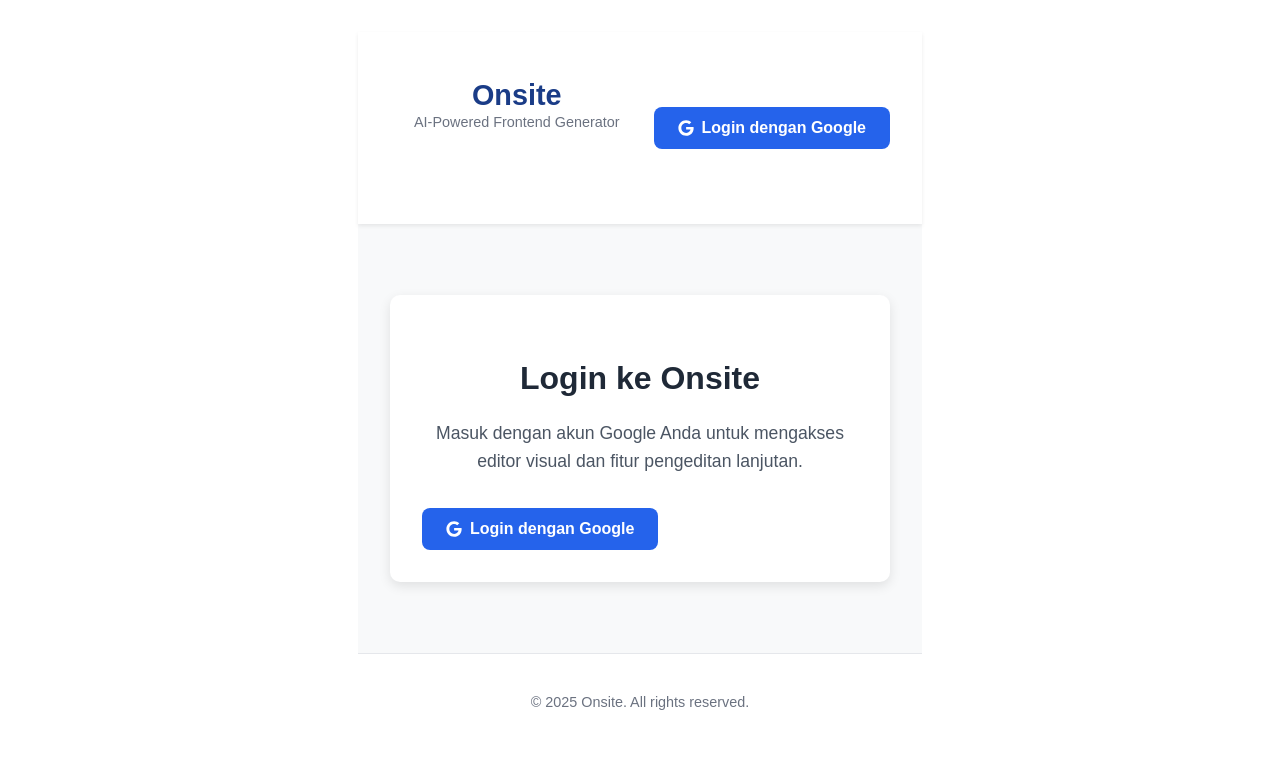
Repository: arifsoul/onsite
Page: /login (app in onsite/)
The author's editor kept a copy of each file at every save. The page is drawn from the files as they stood at one save, then again after the next save.
The browser window is 1280 px wide. The pictures show the whole page.
An inner scrolling area shows only its first screen. The project was rebuilt for these pictures with package versions that can differ from the ones it lists, and the page was loaded fresh each time. Also part of the build but not shown: onsite/vite.config.js, onsite/src/services/deepseekApi.js, onsite/src/components/Generator/AIGenerator.css, onsite/src/components/Generator/AIGenerator.jsx, onsite/src/components/Preview/LivePreview.css, onsite/src/components/Preview/LivePreview.jsx, onsite/src/pages/Home.jsx, onsite/src/components/Editor/CSSPanel.jsx and 4 more.

Above is the page before, as saved 2025-04-14 17:02:22.

### onsite/src/index.css
:root {
  font-family: system-ui, Avenir, Helvetica, Arial, sans-serif;
  line-height: 1.5;
  font-weight: 400;

  color-scheme: light dark;
  color: rgba(255, 255, 255, 0.87);
  background-color: #242424;

  font-synthesis: none;
  text-rendering: optimizeLegibility;
  -webkit-font-smoothing: antialiased;
  -moz-osx-font-smoothing: grayscale;
}

a {
  font-weight: 500;
  color: #646cff;
  text-decoration: inherit;
}
a:hover {
  color: #535bf2;
}

body {
  margin: 0;
  display: flex;
  place-items: center;
  min-width: 320px;
  min-height: 100vh;
  font-family: Arial, sans-serif;
}

h1 {
  font-size: 3.2em;
  line-height: 1.1;
}

button {
  border-radius: 8px;
  border: 1px solid transparent;
  padding: 0.6em 1.2em;
  font-size: 1em;
  font-weight: 500;
  font-family: inherit;
  background-color: #1a1a1a;
  cursor: pointer;
  transition: border-color 0.25s;
}
button:hover {
  border-color: #646cff;
}
button:focus,
button:focus-visible {
  outline: 4px auto -webkit-focus-ring-color;
}

@media (prefers-color-scheme: light) {
  :root {
    color: #213547;
    background-color: #ffffff;
  }
  a:hover {
    color: #747bff;
  }
  button {
    background-color: #f9f9f9;
  }
}

### onsite/src/App.jsx
import { BrowserRouter as Router, Routes, Route } from 'react-router-dom';
import { Auth0Provider } from '@auth0/auth0-react';
import { CodeProvider } from './context/CodeContext';
import Home from './pages/Home';
import Editor from './pages/Editor';
import Login from './pages/Login';
import './App.css';

function App() {
  return (
    <Auth0Provider
      domain={import.meta.env.VITE_AUTH0_DOMAIN}
      clientId={import.meta.env.VITE_AUTH0_CLIENT_ID}
      redirectUri={window.location.origin}
    >
      <CodeProvider>
        <Router>
          <Routes>
            <Route path="/" element={<Home />} />
            <Route path="/login" element={<Login />} />
            <Route path="/editor" element={<Editor />} />
          </Routes>
        </Router>
      </CodeProvider>
    </Auth0Provider>
  );
}

export default App;

### onsite/src/context/CodeContext.jsx
import { createContext, useState, useContext } from 'react';

const CodeContext = createContext();

export const CodeProvider = ({ children }) => {
  const [generatedCode, setGeneratedCode] = useState({
    html: '',
    css: '',
    js: '',
  });
  const [components, setComponents] = useState([]);

  const updateComponent = (id, updates) => {
    setComponents((prev) =>
      prev.map((comp) =>
        comp.id === id ? { ...comp, ...updates } : comp
      )
    );
  };

  return (
    <CodeContext.Provider
      value={{ generatedCode, setGeneratedCode, components, setComponents, updateComponent }}
    >
      {children}
    </CodeContext.Provider>
  );
};

export const useCode = () => useContext(CodeContext);

### onsite/src/pages/Login.jsx
import GoogleLogin from '../components/Auth/GoogleLogin';
import './Login.css';

const Login = () => {
  return (
    <div className="login-container">
      <header className="login-header">
        <div className="logo">
          <h1>Onsite</h1>
          <span>AI-Powered Frontend Generator</span>
        </div>
        <GoogleLogin />
      </header>
      <main className="login-main">
        <section className="login-section">
          <div className="card login-card">
            <h2>Login ke Onsite</h2>
            <p>
              Masuk dengan akun Google Anda untuk mengakses editor visual dan fitur pengeditan lanjutan.
            </p>
            <GoogleLogin />
          </div>
        </section>
      </main>
      <footer className="login-footer">
        <p>© 2025 Onsite. All rights reserved.</p>
      </footer>
    </div>
  );
};

export default Login;

### onsite/src/components/Auth/GoogleLogin.jsx
import { useAuth0 } from '@auth0/auth0-react';
import { FaGoogle } from 'react-icons/fa';
import './GoogleLogin.css';

const GoogleLogin = () => {
  const { loginWithRedirect, isAuthenticated, user, logout } = useAuth0();

  return (
    <div>
      {isAuthenticated ? (
        <div className="user-info">
          <img src={user?.picture} alt={user?.name} />
          <span>{user?.name}</span>
          <button
            className="logout-btn"
            onClick={() => logout({ returnTo: window.location.origin })}
          >
            Logout
          </button>
        </div>
      ) : (
        <button
          className="google-login-btn"
          onClick={() => loginWithRedirect({ connection: 'google-oauth2' })}
        >
          <FaGoogle /> Login dengan Google
        </button>
      )}
    </div>
  );
};

export default GoogleLogin;

### onsite/src/pages/Home.css
/* src/pages/Home.css */
.home-container {
    display: flex;
    flex-direction: column;
    min-height: 100vh;
    background-color: #f8f9fa;
  }

  /* Header */
  .home-header {
    display: flex;
    justify-content: space-between;
    align-items: center;
    padding: 1.5rem 2rem;
    background-color: #ffffff;
    box-shadow: 0 2px 4px rgba(0, 0, 0, 0.08);
    position: sticky;
    top: 0;
    z-index: 100;
  }

  .logo h1 {
    font-size: 1.8rem;
    color: #1a3c87;
    margin: 0;
  }

  .logo span {
    font-size: 0.9rem;
    color: #6b7280;
    display: block;
  }

  /* Main Content */
  .home-main {
    flex: 1;
    padding: 2rem;
    max-width: 1400px;
    margin: 0 auto;
    width: 100%;
  }

  /* Hero Section */
  .hero-section {
    text-align: center;
    margin-bottom: 4rem;
  }

  .hero-section h2 {
    font-size: 2.5rem;
    color: #1f2937;
    margin-bottom: 1rem;
  }

  .hero-section p {
    font-size: 1.2rem;
    color: #4b5563;
    max-width: 700px;
    margin: 0 auto 1.5rem;
  }

  .hero-cta {
    display: inline-block;
    padding: 0.75rem 2rem;
    background-color: #2563eb;
    color: #ffffff;
    text-decoration: none;
    border-radius: 6px;
    font-size: 1.1rem;
    font-weight: 600;
    transition: background-color 0.2s;
  }

  .hero-cta:hover {
    background-color: #1d4ed8;
  }

  /* Features Section */
  .features-section {
    display: grid;
    grid-template-columns: repeat(auto-fit, minmax(300px, 1fr));
    gap: 2rem;
    margin-bottom: 3rem;
  }

  .card {
    background-color: #ffffff;
    border-radius: 10px;
    box-shadow: 0 4px 12px rgba(0, 0, 0, 0.1);
    padding: 2rem;
    transition: transform 0.3s ease, box-shadow 0.3s ease;
  }

  .card:hover {
    transform: translateY(-8px);
    box-shadow: 0 6px 16px rgba(0, 0, 0, 0.15);
  }

  .card h3 {
    font-size: 1.5rem;
    color: #1f2937;
    margin-bottom: 1rem;
  }

  .card p {
    font-size: 1rem;
    color: #4b5563;
    line-height: 1.6;
  }

  .description-card {
    display: flex;
    flex-direction: column;
    justify-content: center;
  }

  /* Footer */
  .home-footer {
    text-align: center;
    padding: 1.5rem;
    background-color: #ffffff;
    border-top: 1px solid #e5e7eb;
    color: #6b7280;
    font-size: 0.9rem;
  }

  /* Responsive Design */
  @media (max-width: 1024px) {
    .features-section {
      grid-template-columns: 1fr;
    }
  }

  @media (max-width: 768px) {
    .home-header {
      flex-direction: column;
      gap: 1rem;
      text-align: center;
    }

    .hero-section h2 {
      font-size: 2rem;
    }

    .hero-section p {
      font-size: 1rem;
    }

    .hero-cta {
      padding: 0.6rem 1.5rem;
      font-size: 1rem;
    }

    .card {
      padding: 1.5rem;
    }
  }

### onsite/src/pages/Editor.css
/* src/pages/Editor.css */
.editor-container {
    display: flex;
    flex-direction: column;
    min-height: 100vh;
    background-color: #f8f9fa;
  }

  /* Header */
  .editor-header {
    display: flex;
    justify-content: space-between;
    align-items: center;
    padding: 1.5rem 2rem;
    background-color: #ffffff;
    box-shadow: 0 2px 4px rgba(0, 0, 0, 0.08);
    position: sticky;
    top: 0;
    z-index: 100;
  }

  .logo h1 {
    font-size: 1.8rem;
    color: #1a3c87;
    margin: 0;
  }

  .logo span {
    font-size: 0.9rem;
    color: #6b7280;
    display: block;
  }

  /* Main Content */
  .editor-main {
    flex: 1;
    padding: 2rem;
    max-width: 1400px;
    margin: 0 auto;
    width: 100%;
  }

  /* Login Prompt */
  .login-prompt {
    text-align: center;
    max-width: 600px;
    margin: 0 auto;
  }

  .login-prompt h2 {
    font-size: 2rem;
    color: #1f2937;
    margin-bottom: 1rem;
  }

  .login-prompt p {
    font-size: 1.1rem;
    color: #4b5563;
    margin-bottom: 2rem;
  }

  /* Editor Section */
  .editor-section {
    display: grid;
    grid-template-columns: 1fr 1fr;
    gap: 2rem;
  }

  .card {
    background-color: #ffffff;
    border-radius: 10px;
    box-shadow: 0 4px 12px rgba(0, 0, 0, 0.1);
    padding: 2rem;
    transition: transform 0.3s ease, box-shadow 0.3s ease;
  }

  .card:hover {
    transform: translateY(-8px);
    box-shadow: 0 6px 16px rgba(0, 0, 0, 0.15);
  }

  .card h3 {
    font-size: 1.5rem;
    color: #1f2937;
    margin-bottom: 1rem;
  }

  /* Footer */
  .editor-footer {
    text-align: center;
    padding: 1.5rem;
    background-color: #ffffff;
    border-top: 1px solid #e5e7eb;
    color: #6b7280;
    font-size: 0.9rem;
  }

  /* Responsive Design */
  @media (max-width: 1024px) {
    .editor-section {
      grid-template-columns: 1fr;
    }
  }

  @media (max-width: 768px) {
    .editor-header {
      flex-direction: column;
      gap: 1rem;
      text-align: center;
    }

    .login-prompt h2 {
      font-size: 1.8rem;
    }

    .login-prompt p {
      font-size: 1rem;
    }

    .card {
      padding: 1.5rem;
    }
  }

### onsite/src/pages/Login.css
/* src/pages/Login.css */
.login-container {
    display: flex;
    flex-direction: column;
    min-height: 100vh;
    background-color: #f8f9fa;
  }

  /* Header */
  .login-header {
    display: flex;
    justify-content: space-between;
    align-items: center;
    padding: 1.5rem 2rem;
    background-color: #ffffff;
    box-shadow: 0 2px 4px rgba(0, 0, 0, 0.08);
    position: sticky;
    top: 0;
    z-index: 100;
  }

  .logo h1 {
    font-size: 1.8rem;
    color: #1a3c87;
    margin: 0;
  }

  .logo span {
    font-size: 0.9rem;
    color: #6b7280;
    display: block;
  }

  /* Main Content */
  .login-main {
    flex: 1;
    display: flex;
    align-items: center;
    justify-content: center;
    padding: 2rem;
  }

  /* Login Section */
  .login-section {
    max-width: 500px;
    width: 100%;
  }

  .login-card {
    background-color: #ffffff;
    border-radius: 10px;
    box-shadow: 0 4px 12px rgba(0, 0, 0, 0.1);
    padding: 2.5rem;
    text-align: center;
  }

  .login-card h2 {
    font-size: 2rem;
    color: #1f2937;
    margin-bottom: 1rem;
  }

  .login-card p {
    font-size: 1.1rem;
    color: #4b5563;
    margin-bottom: 2rem;
  }

  /* Footer */
  .login-footer {
    text-align: center;
    padding: 1.5rem;
    background-color: #ffffff;
    border-top: 1px solid #e5e7eb;
    color: #6b7280;
    font-size: 0.9rem;
  }

  /* Responsive Design */
  @media (max-width: 768px) {
    .login-header {
      flex-direction: column;
      gap: 1rem;
      text-align: center;
    }

    .login-card {
      padding: 2rem;
    }

    .login-card h2 {
      font-size: 1.8rem;
    }

    .login-card p {
      font-size: 1rem;
    }
  }

### onsite/src/components/Auth/GoogleLogin.css
/* src/components/Auth/GoogleLogin.css */
.google-login-btn {
  display: flex;
  align-items: center;
  gap: 0.5rem;
  padding: 0.75rem 1.5rem;
  background-color: #2563eb;
  color: #ffffff;
  border: none;
  border-radius: 8px;
  font-size: 1rem;
  font-weight: 600;
  cursor: pointer;
  transition: background-color 0.2s;
}

.google-login-btn:hover {
  background-color: #1d4ed8;
}

.user-info {
  display: flex;
  align-items: center;
  gap: 0.75rem;
}

.user-info img {
  border-radius: 50%;
  width: 36px;
  height: 36px;
}

.user-info span {
  font-size: 1rem;
  color: #1f2937;
}

.logout-btn {
  padding: 0.5rem 1rem;
  background-color: #dc2626;
  color: #ffffff;
  border: none;
  border-radius: 8px;
  font-size: 0.9rem;
  font-weight: 600;
  cursor: pointer;
  transition: background-color 0.2s;
}

.logout-btn:hover {
  background-color: #b91c1c;
}

Loaded but not shown: onsite/index.html (common file); onsite/src/main.jsx (common file); onsite/src/App.css (common file)

After the next save:
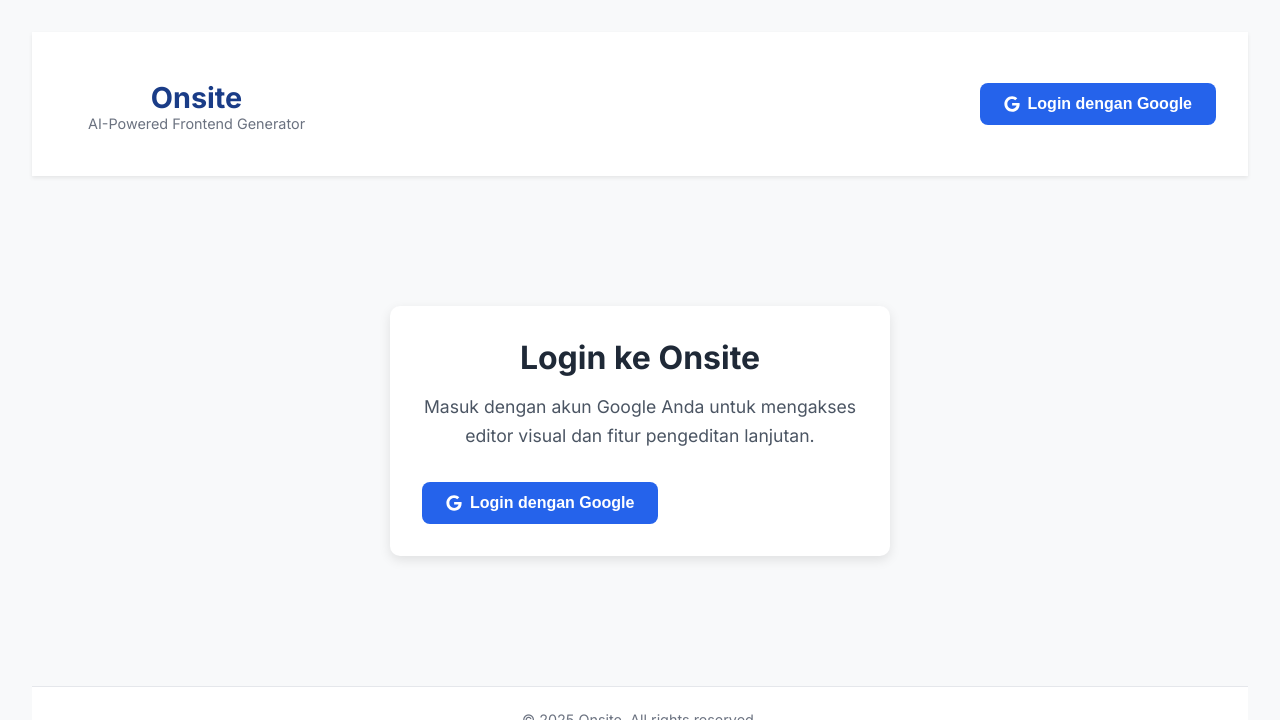
Saved 12 min 15 s later.
--- a/onsite/src/index.css
+++ b/onsite/src/index.css
@@ -1,69 +1,26 @@
-:root {
-  font-family: system-ui, Avenir, Helvetica, Arial, sans-serif;
-  line-height: 1.5;
-  font-weight: 400;
+/* src/index.css */
+@import url('https://fonts.googleapis.com/css2?family=Inter:wght@400;600;700&display=swap');
 
-  color-scheme: light dark;
-  color: rgba(255, 255, 255, 0.87);
-  background-color: #242424;
-
-  font-synthesis: none;
-  text-rendering: optimizeLegibility;
-  -webkit-font-smoothing: antialiased;
-  -moz-osx-font-smoothing: grayscale;
+* {
+  margin: 0;
+  padding: 0;
+  box-sizing: border-box;
 }
 
-a {
-  font-weight: 500;
-  color: #646cff;
-  text-decoration: inherit;
-}
-a:hover {
-  color: #535bf2;
+html, body {
+  height: 100%;
+  width: 100%;
+  overflow-x: hidden; /* Mencegah scroll horizontal */
 }
 
 body {
-  margin: 0;
-  display: flex;
-  place-items: center;
-  min-width: 320px;
-  min-height: 100vh;
-  font-family: Arial, sans-serif;
+  font-family: 'Inter', sans-serif;
+  background-color: #f8f9fa;
 }
 
-h1 {
-  font-size: 3.2em;
-  line-height: 1.1;
+#root {
+  display: flex;
+  flex-direction: column;
+  min-height: 100vh;
+  width: 100%;
 }
-
-button {
-  border-radius: 8px;
-  border: 1px solid transparent;
-  padding: 0.6em 1.2em;
-  font-size: 1em;
-  font-weight: 500;
-  font-family: inherit;
-  background-color: #1a1a1a;
-  cursor: pointer;
-  transition: border-color 0.25s;
-}
-button:hover {
-  border-color: #646cff;
-}
-button:focus,
-button:focus-visible {
-  outline: 4px auto -webkit-focus-ring-color;
-}
-
-@media (prefers-color-scheme: light) {
-  :root {
-    color: #213547;
-    background-color: #ffffff;
-  }
-  a:hover {
-    color: #747bff;
-  }
-  button {
-    background-color: #f9f9f9;
-  }
-}

After the save that followed:
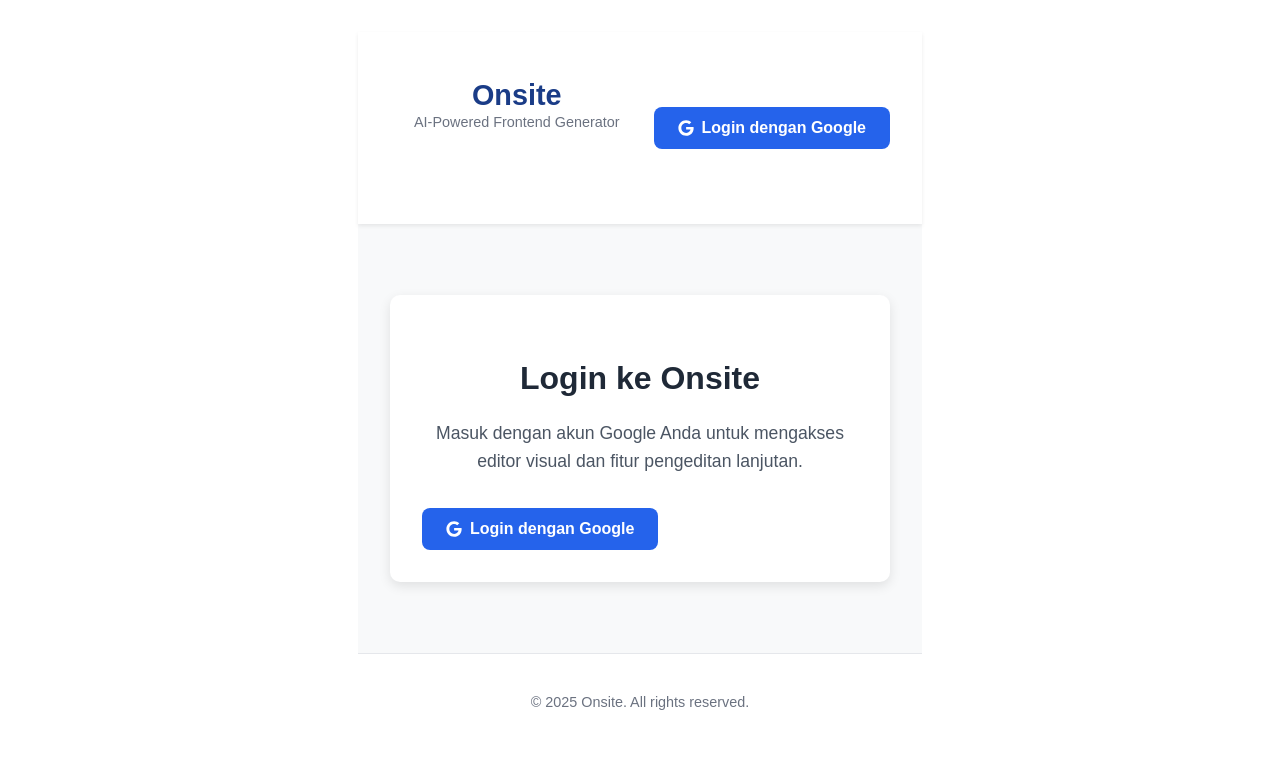
Saved 13 s later.
--- a/onsite/src/index.css
+++ b/onsite/src/index.css
@@ -1,26 +1,69 @@
-/* src/index.css */
-@import url('https://fonts.googleapis.com/css2?family=Inter:wght@400;600;700&display=swap');
+:root {
+  font-family: system-ui, Avenir, Helvetica, Arial, sans-serif;
+  line-height: 1.5;
+  font-weight: 400;
 
-* {
-  margin: 0;
-  padding: 0;
-  box-sizing: border-box;
+  color-scheme: light dark;
+  color: rgba(255, 255, 255, 0.87);
+  background-color: #242424;
+
+  font-synthesis: none;
+  text-rendering: optimizeLegibility;
+  -webkit-font-smoothing: antialiased;
+  -moz-osx-font-smoothing: grayscale;
 }
 
-html, body {
-  height: 100%;
-  width: 100%;
-  overflow-x: hidden; /* Mencegah scroll horizontal */
+a {
+  font-weight: 500;
+  color: #646cff;
+  text-decoration: inherit;
+}
+a:hover {
+  color: #535bf2;
 }
 
 body {
-  font-family: 'Inter', sans-serif;
-  background-color: #f8f9fa;
+  margin: 0;
+  display: flex;
+  place-items: center;
+  min-width: 320px;
+  min-height: 100vh;
+  font-family: Arial, sans-serif;
 }
 
-#root {
-  display: flex;
-  flex-direction: column;
-  min-height: 100vh;
-  width: 100%;
+h1 {
+  font-size: 3.2em;
+  line-height: 1.1;
 }
+
+button {
+  border-radius: 8px;
+  border: 1px solid transparent;
+  padding: 0.6em 1.2em;
+  font-size: 1em;
+  font-weight: 500;
+  font-family: inherit;
+  background-color: #1a1a1a;
+  cursor: pointer;
+  transition: border-color 0.25s;
+}
+button:hover {
+  border-color: #646cff;
+}
+button:focus,
+button:focus-visible {
+  outline: 4px auto -webkit-focus-ring-color;
+}
+
+@media (prefers-color-scheme: light) {
+  :root {
+    color: #213547;
+    background-color: #ffffff;
+  }
+  a:hover {
+    color: #747bff;
+  }
+  button {
+    background-color: #f9f9f9;
+  }
+}
